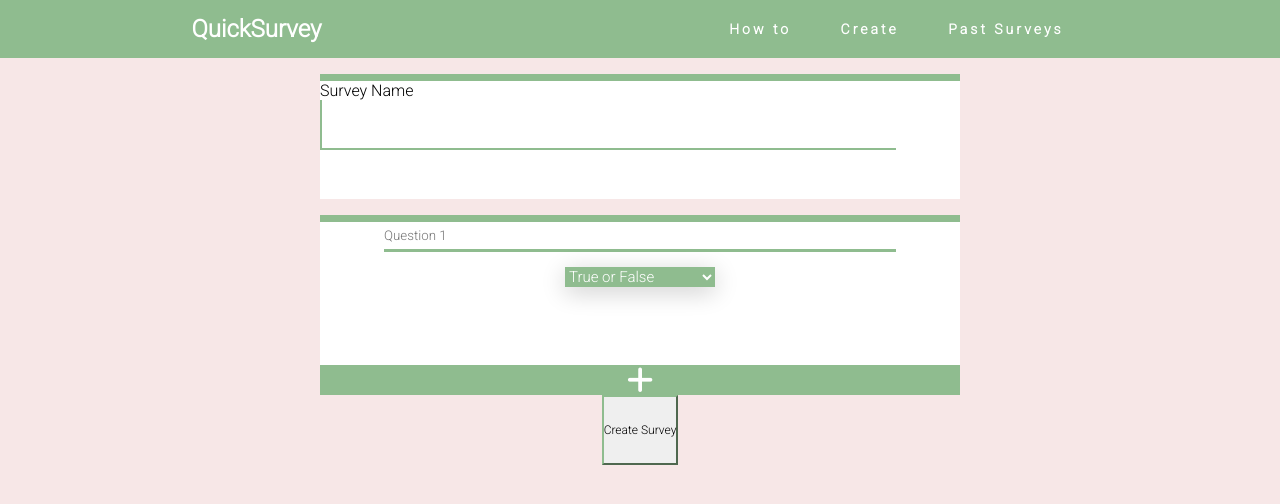
Repository: cakuang1/QuickSurvey
Page: create.html
An editor plug-in stored every save of this project. The page is shown before and after the next save, followed by the edit.
The browser window is 1280 px wide. The pictures show the whole page.
Some web libraries are served in a nearby version.

Above is the page before, as saved 2022-01-09 00:10:37.

After the next save:
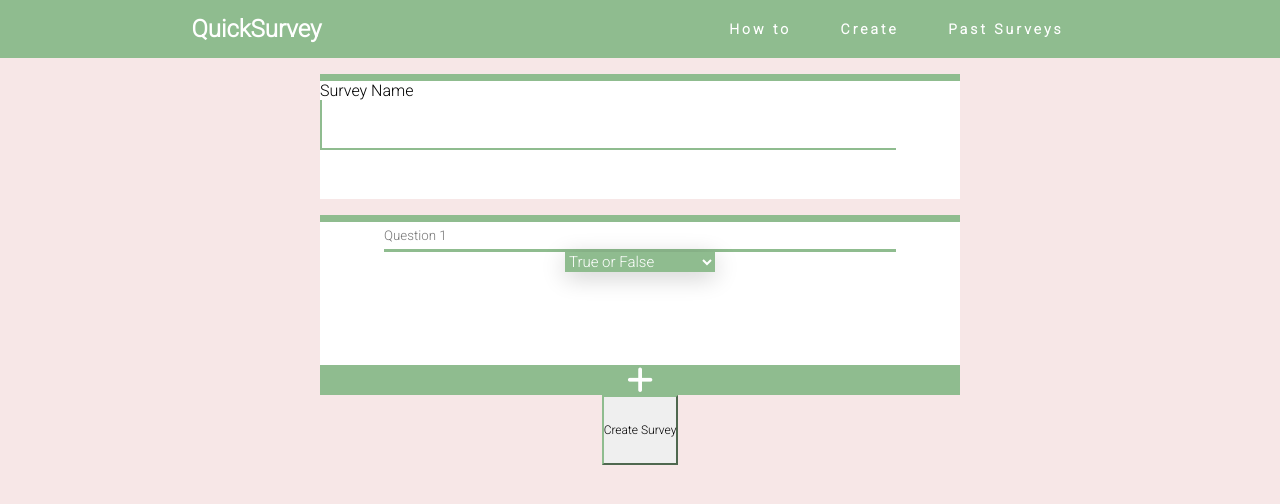
Saved 9 s later.
--- a/style.css
+++ b/style.css
@@ -159,5 +159,5 @@ ol li {
     font-size: 15px;
     box-shadow: 0 5px 25px rgba(0, 0, 0, 0.2);
     outline: none;
-    margin-top: 1em;
+
   }
